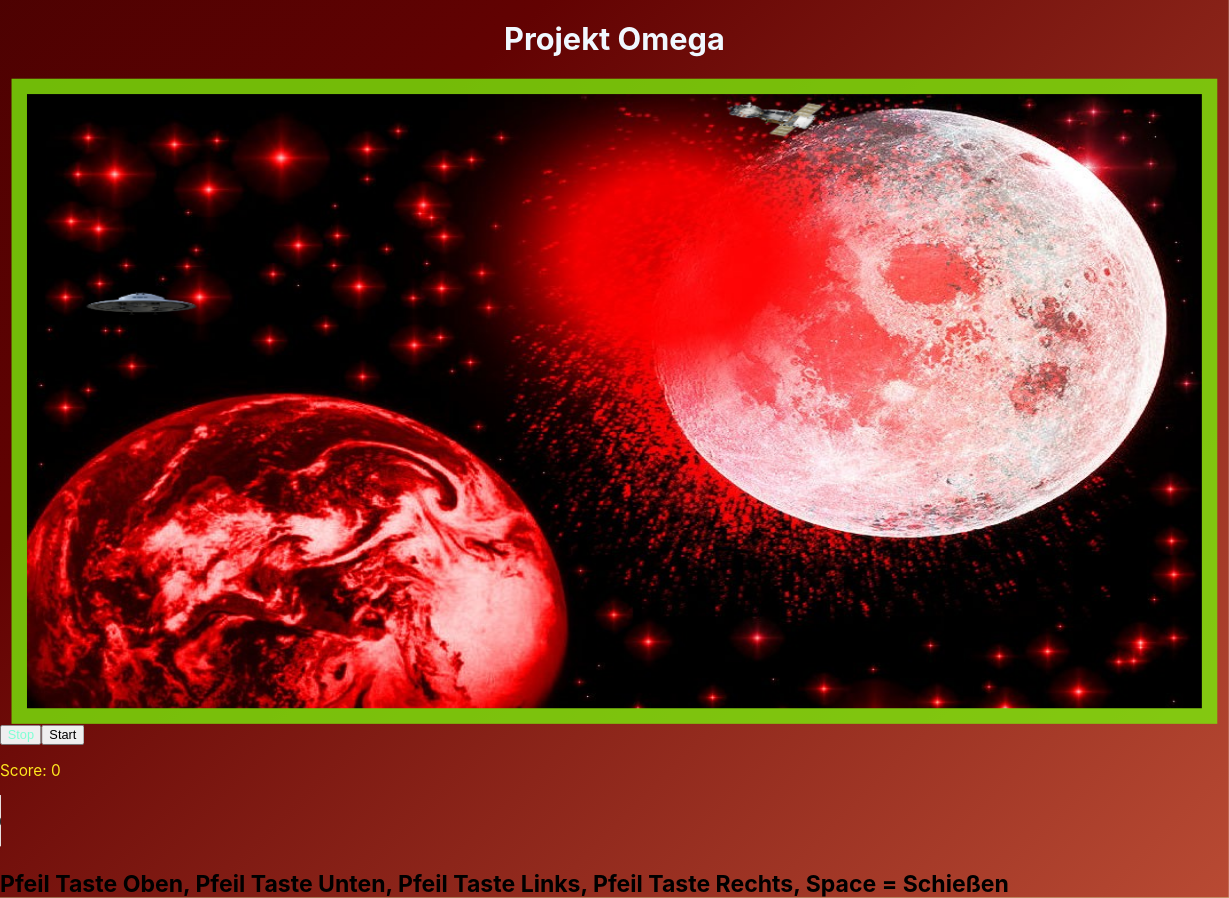
Repository: Der-Metatron/Projekt-Omega-Sprotte
Page: /, after clicking the first element matching `button.startbutton`
The author's editor kept a copy of each file at every save. The page is drawn from the files as they stood at one save, then again after the next save.
The browser window is 1280 px wide. The pictures show the whole page, at 96% of full size.
The project was rebuilt for these pictures with package versions that can differ from the ones it lists, and the page was loaded fresh each time.

Above is the page before, as saved 2022-06-23 19:42:54.

### public/index.html
<!DOCTYPE html>
<html lang="de">
  <head>
    <meta charset="UTF-8" />
    <meta name="Metatron" content="width=device-width, initial-scale=1.0" />
    <link rel="stylesheet" href="style.css" />

    <title>Projekt-Omega></title>
  </head>

  <body>
    <!-- <body onload="startGame()"> -->
    <div id="root"></div>
    <!-- TEST -->
    <div id="canvasbackground"></div>
  </body>
</html>

### src/App.js
/* Hier werden die Einzelnen Seiten Hinzugefügt */
import "./App.css";
import { useState } from "react";
import { GameCanvas } from "./components/GameCanvas";
import { Welcome } from "./components/Welcome";
import { Footer } from "./components/Footer";

function App() {
  const [currentPage, setCurrentPage] = useState(0);
  return (
    <div className="App">
      {currentPage === 0 ? (
        <>
          <Welcome
            onContinue={() => {
              setCurrentPage(1);
            }}
          />
        </>
      ) : (
        <>
          <h1>Projekt Omega</h1>
          <GameCanvas />
          <Footer />
        </>
      )}
    </div>
  );
}

export default App;

### src/App.css
html,
body {
  width: 100%;
  height: 100%;
}

h1 {
  text-align: center;
  color: aliceblue;
}

body {
  background: linear-gradient(-45deg, #ee7752, #620202, #000000, #265046);
  background-size: 400% 400%;
  animation: gradient 15s ease infinite;
}

@keyframes gradient {
  0% {
    background-position: 0% 50%;
  }
  50% {
    background-position: 100% 50%;
  }
  100% {
    background-position: 0% 50%;
  }
}

### src/components/GameCanvas.jsx
import React, { useRef, useEffect, useState } from "react";
import { GameControl } from "../services/game-control";
import ReactAudioPlayer from "react-audio-player";

import "./GameCanvas.css";

export const GameCanvas = () => {
  const [score, setScore] = useState(0);
  // eslint-disable-next-line no-unused-vars
  const [message, setMessage] = useState("");
  const canvasRef = useRef(null);
  const gameControl = useRef(null);

  useEffect(() => {
    const canvas = canvasRef.current;
    const context = canvas.getContext("2d");
    gameControl.current = GameControl(context);
    gameControl.current.addEventListener((event, payload) => {
      switch (event) {
        case "score_changed":
          setScore(payload.score);
          break;
        case "game_over":
          setMessage("Game Over!");
          break;
        default:
          break;
      }
    });
    gameControl.current.startGame();
  }, []);

  return (
    <>
      {/* -----------------Größe desCanvas-------------------------------------- */}
      <canvas
        ref={canvasRef}
        className="game-canvas"
        width="1024"
        height="640"
      />
      {/* --------------Button Stop------------------------------------------- */}
      <button
        className="stopbutton"
        onClick={() => {
          gameControl.current.endGame();
        }}
      >
        Stop
      </button>
      {/* ----------------Button Stsrt------------------------------------ */}
      <button
        className="weiterbutton"
        onClick={() => {
          gameControl.current.startGame();
        }}
      >
        Start
      </button>
      <p className="punkte">Score: {score}</p> {/* Angezeigter Punktezähler */}
      {/* Muss noch eine Routine Geschrieben werden. */}
      {/* <p>{message}</p>  */}{" "}
      {/* -------------------------------AUDIO----------------------------------------------- */}
      <ReactAudioPlayer
        className="player"
        src="/audio/Musik/titel 1.mp3"
        autoPlay
        controls
        loop
        volume={0.5}
      />
    </>
  );
};

### src/components/Welcome.jsx
import React from "react";
import "./Welcome.css";
import ReactAudioPlayer from "react-audio-player";

function randomPosition() {
  let y = window.innerWidth;
  let x = window.innerHeight;
  let randomX = Math.floor(Math.random() * x);
  let randomY = Math.floor(Math.random() * y);
  return [randomX, randomY];
}

export const Welcome = ({ onContinue }) => {
  const starDivs = [];
  for (let i = 0; i < 400; i++) {
    let xy = randomPosition();
    starDivs.push(
      <div
        key={i}
        className="stars"
        style={{
          top: xy[0],
          left: xy[1],
        }}
      ></div>
    );
  }
  /* ----------------------------------------------------------------------------- */
  console.log(starDivs);
  /* ------------------------------------------------------------------------------ */
  return (
    <div className="welcome-container">
      {starDivs}

      {/* <!-- Erste Inro laufschrift --> */}

      <section className="intro">
        In einer Zeit bei DCI mit einer kleinen aufstrebenden Programmier
        Gruppe...................
      </section>
      <section className="logo">
        <img src="img/Unbenannt.png" alt="Projekt-Omega Geschichte" />
      </section>
      <div id="scroller">
        <div id="content">
          <p id="title">Episode DCI Abschlussprojekt</p>
          <br></br>
          <p id="subtitle">Projekt-Omega</p>
          <br />
          <p>
            Du bist alleine mit deinen Raumschiff Omega und kämpfst in einer
            Dystopischen Welt voller feindlichen Gegnern ums überleben.Während
            des 21.Jahrhundert befinden sich in der Umlaufbahn des Planeten Erde
            durch Umweltverschmutzung,zügelloser verbrauch der Ressourcen und
            Machthungriger Politiker Unmengen an Weltraum Schrott, Satelliten
            und Gruppen verschiedener Fraktionen die versuchen dir das Licht
            auszuknipsen dazu kommen nach und nach eine Invasion von Feindlichen
            Flug Objekten dazu und machen dir das Leben zur Hölle. Messe dich
            mit anderen Spielern um die Höchste Punktzahl,verewige dich in der
            Highscore und werde der Ultimative Retter des Universums.
          </p>
          <p>
            Idee: Der Metatron. Programming: Der Metatron, Serdar, Dennis. Musik
            & Sound: Der Metatron. Grafik: Emergancy-Romm Tattoo, Pixbay, Der
            Metatron. Backend: Serdar. Canvas build React: Ralf.
          </p>
          <p>Erstellt mit: Canvas, Html, Reackt, MongoDb, Express, Css.</p>
          <p>
            Danke an alle die uns bei diesen Projekt unterstützt haben und uns
            die gelegenheit gegeben haben unser Ideen zu verwirklichen.Special
            Thanks to Ralf & Chriatian. Und jetzt viel Spaß beim Zocken!!!
          </p>
          <h2>
            Pfeil Taste Oben, Pfeil Taste Unten, Pfeil Taste Links, Pfeil Taste
            Rechts, Space = Schießen
          </h2>
        </div>
      </div>

      <footer>
        {/* ---------------------AUDIO-------------------------------------------- */}
        <ReactAudioPlayer
          src="/audio/Musik/Projekt Omega cut.mp3"
          autoPlay
          controls
          volume={0.5}
        />
        {/* ----------------------------------------------------------------------- */}
        <button
          className="startbutton"
          onClick={() => {
            onContinue();
          }}
        >
          Start Game!
        </button>
      </footer>
    </div>
  );
};

### src/components/Footer.jsx
import React from "react";

export const Footer = () => {
  return (
    <div>
      <h2>
        Pfeil Taste Oben, Pfeil Taste Unten, Pfeil Taste Links, Pfeil Taste
        Rechts, Space = Schießen
      </h2>
    </div>
  );
};

### src/services/game-control.js
const KeysToWatch = [
  "Space",
  "ArrowUp",
  "ArrowDown",
  "ArrowLeft",
  "ArrowRight",
];
const KeyStates = {};
document.addEventListener("keydown", (e) => {
  if (KeysToWatch.includes(e.code)) {
    e.preventDefault();
    KeyStates[e.code] = true;
  }
});
document.addEventListener("keyup", (e) => {
  if (KeysToWatch.includes(e.code)) {
    e.preventDefault();
    KeyStates[e.code] = false;
  }
});

export const GameControl = (context) => {
  const ctx = context;
  let eventListeners = [];
  let gameStarted = false;
  let score = 0;
  const intervals = {
    update: null,
    createUfos: null,
    checkForCollision: null,
    checkForShoot: null,
  };
  let backgroundImage = new Image();
  let rocket = {
    x: 50,
    y: 200,
    width: 100,
    height: 50,
    src: "img/ufo1.png",
  };
  let ufos = [];
  let shots = [];

  const loadImages = () => {
    backgroundImage.src = "img/- WALLPAPER - (276).jpg";
    rocket.img = new Image();
    rocket.img.src = rocket.src;
  };

  const draw = () => {
    ctx.drawImage(backgroundImage, 0, 0);
    ctx.drawImage(rocket.img, rocket.x, rocket.y, rocket.width, rocket.height);

    ufos.forEach(function (ufo) {
      ctx.drawImage(ufo.img, ufo.x, ufo.y, ufo.width, ufo.height);
    });

    shots.forEach(function (shot) {
      ctx.drawImage(shot.img, shot.x, shot.y, shot.width, shot.height);
    });

    if (gameStarted) {
      requestAnimationFrame(draw);
    }
  };

  const update = () => {
    if (KeyStates.ArrowUp) {
      rocket.y -= 6;
    }
    if (KeyStates.ArrowDown) {
      rocket.y += 6;
    }
    if (KeyStates.ArrowLeft) {
      rocket.x -= 6;
    }

    if (KeyStates.ArrowRight) {
      rocket.x += 6;
    }
    ufos.forEach(function (ufo) {
      if (!ufo.hit) {
        ufo.x -= 5;
      }
    });
    shots.forEach(function (shot) {
      shot.x += 15;
    });
  };

  const createUfos = () => {
    let ufo = {
      x: 800,
      y: Math.random() * 500, // Wir platzieren unsere UFOs an einem zufälligen Ort
      width: 100,
      height: 40,
      src: "img/sat.png",

      img: new Image(),
    };
    ufo.img.src = ufo.src; // Ufo-Bild wird geladen.
    ufos.push(ufo);
  };
  const checkForCollision = () => {
    ufos.forEach(function (ufo) {
      // Kontrollieren, ob UFO mit Rakete kollidiert
      if (
        rocket.x + rocket.width > ufo.x &&
        rocket.y + rocket.height > ufo.y &&
        rocket.x < ufo.x &&
        rocket.y < ufo.y + ufo.height
      ) {
        rocket.img.src = "img/boom3.png";
        console.log("Collion!!!");
        ufos = ufos.filter((u) => u !== ufo);
        gameOver();
      }

      shots.forEach(function (shot) {
        // Kontrollieren, ob Laser mit Rakete kollidiert
        if (
          shot.x + shot.width > ufo.x &&
          shot.y + shot.height > ufo.y &&
          shot.x < ufo.x &&
          shot.y < ufo.y + ufo.height
        ) {
          ufo.hit = true;
          ufo.img.src = "img/boom3.png";
          console.log("Collision!!!");
          increaseScore(10);
          setTimeout(() => {
            ufos = ufos.filter((u) => u !== ufo);
          }, 2000);
        }
      });
    });
  };
  const checkForShoot = () => {
    if (KeyStates.Space) {
      let shot = {
        x: rocket.x + 110,
        y: rocket.y + 22,
        width: 20,
        height: 4,
        src: "img/shot.png",
        img: new Image(),
      };
      shot.img.src = shot.src; // Laser-Bild wird geladen.
      shots.push(shot);
    }
  };

  const gameOver = () => {
    clearIntervals();
    gameStarted = false;
    fireEvent("game_over");
  };

  const increaseScore = (increment) => {
    score += increment;
    fireEvent("score_changed", { score });
  };

  const resetScore = () => {
    score = 0;
    fireEvent("score_changed", { score });
  };

  const clearIntervals = () => {
    for (let [key, value] of Object.entries(intervals)) {
      if (value !== null) {
        clearInterval(value);
      }
      intervals[key] = null;
    }
  };
  const startIntervals = () => {
    clearIntervals();
    intervals.update = setInterval(update, 1000 / 25);
    intervals.createUfos = setInterval(createUfos, 2000);
    intervals.checkForCollision = setInterval(checkForCollision, 1000 / 25);
    intervals.checkForShoot = setInterval(checkForShoot, 1000 / 10);
  };

  const fireEvent = (event, payload) => {
    for (let listener of eventListeners) {
      listener(event, payload);
    }
  };

  const initGame = () => {
    rocket.x = 50;
    rocket.y = 200;
    ufos = [];
    shots = [];
    loadImages();
    clearIntervals();
    resetScore();
  };

  return {
    addEventListener: (listener) => {
      console.log("addEventListener", listener);
      eventListeners.push(listener);
    },
    startGame: () => {
      initGame();
      startIntervals();
      gameStarted = true;
      draw();
    },
    pauseGame: () => {
      clearIntervals();
      gameStarted = false;
    },
    continueGame: () => {
      startIntervals();
      gameStarted = true;
      draw();
    },
    endGame: () => {
      clearIntervals();
      gameStarted = false;
    },
  };
};

### src/components/GameCanvas.css
canvas {
  background-color: rgba(122, 234, 10, 0.8);
  padding-left: 0;
  padding-right: 0;
  margin-left: auto;
  margin-right: auto;
  display: block;
  width: 1224px;
  height: 640px;
  padding: 1rem;
}

.stopbutton {
  flex: auto;
  text-align: center;
  color: aquamarine;
}

### src/components/Welcome.css
@import url("https://fonts.googleapis.com/css2?family=Open+Sans&display=swap");

.stars {
  position: absolute;
  width: 1px;
  height: 1px;
  background-color: #fff;
  z-index: 3;
}

.intro {
  position: absolute;
  top: 50%;
  left: 50%;
  transform: translate(-50%, -50%);
  z-index: 2;
  color: rgb(75, 213, 238);
  font-family: "Open Sans", sans-serif;
  font-weight: 500;
  font-size: 3.25rem;
  width: 80%;
  opacity: 0;
  animation: intro 6s ease-out 0.5s;
}

@keyframes intro {
  0% {
    opacity: 0;
  }
  20% {
    opacity: 1;
  }
  90% {
    opacity: 1;
  }
  100% {
    opacity: 0;
  }
}

.logo {
  position: absolute;
  top: 50%;
  left: 50%;
  transform: translate(-50%, -50%);
  z-index: 2;
  width: 100%;
  opacity: 0;
  animation: logo 10s ease-out 9s;
}

.logo img {
  width: inherit;
}

@keyframes logo {
  0% {
    opacity: 1;
    transform: translate(-50%, -50%) scale(2);
  }
  70% {
    opacity: 1;
  }
  100% {
    opacity: 0;
    transform: translate(-50%, -50%) scale(0.1);
  }
}

p {
  color: #ffe81f;
}

#scroller {
  font-family: sans-serif;
  font-weight: bold;
  font-size: 350%;
  text-align: justify;
  overflow: hidden;
  height: 50em;
  width: 20em;
  position: absolute;
  bottom: 0;
  left: 50%;
  margin-left: -10em;
  z-index: 0;
  transform: perspective(350px) rotateX(25deg);
  transform-origin: 50% 100%;
}

#scroller::after {
  position: absolute;
  content: "";
  bottom: 60%;
  left: 0;
  right: 0;
  top: 0;
}

#content {
  position: absolute;
  top: 100%;
  animation: scoller 100s linear 16s;
}

@keyframes scoller {
  0% {
    top: 100%;
  }
  100% {
    top: -200%;
  }
}

#title,
#subtitle {
  text-align: center;
  line-height: 1.5rem;
}

#subtitle {
  text-transform: uppercase;
  font-size: 3.5rem;
}

footer {
  position: absolute;
  z-index: 10;
}
/*  */
.startbutton {
  display: inline-block;
  margin: 20px;
  text-decoration: none;
  font-family: Arial;
  font-size: 20px;
  border: 1px solid #56ae00;
  border-radius: 25px 5px 5px 25px;
  background-color: #aae472;
  color: #3c5721;
  padding: 5px 10px 5px 25px;
}
.startbutton:hover {
  padding: 5px 25px 5px 10px;
  border-radius: 5px 25px 25px 5px;
}

Loaded but not shown: src/index.js (common file); src/index.css (common file); src/reportWebVitals.js (common file); public/style.css (empty)

After the next save:
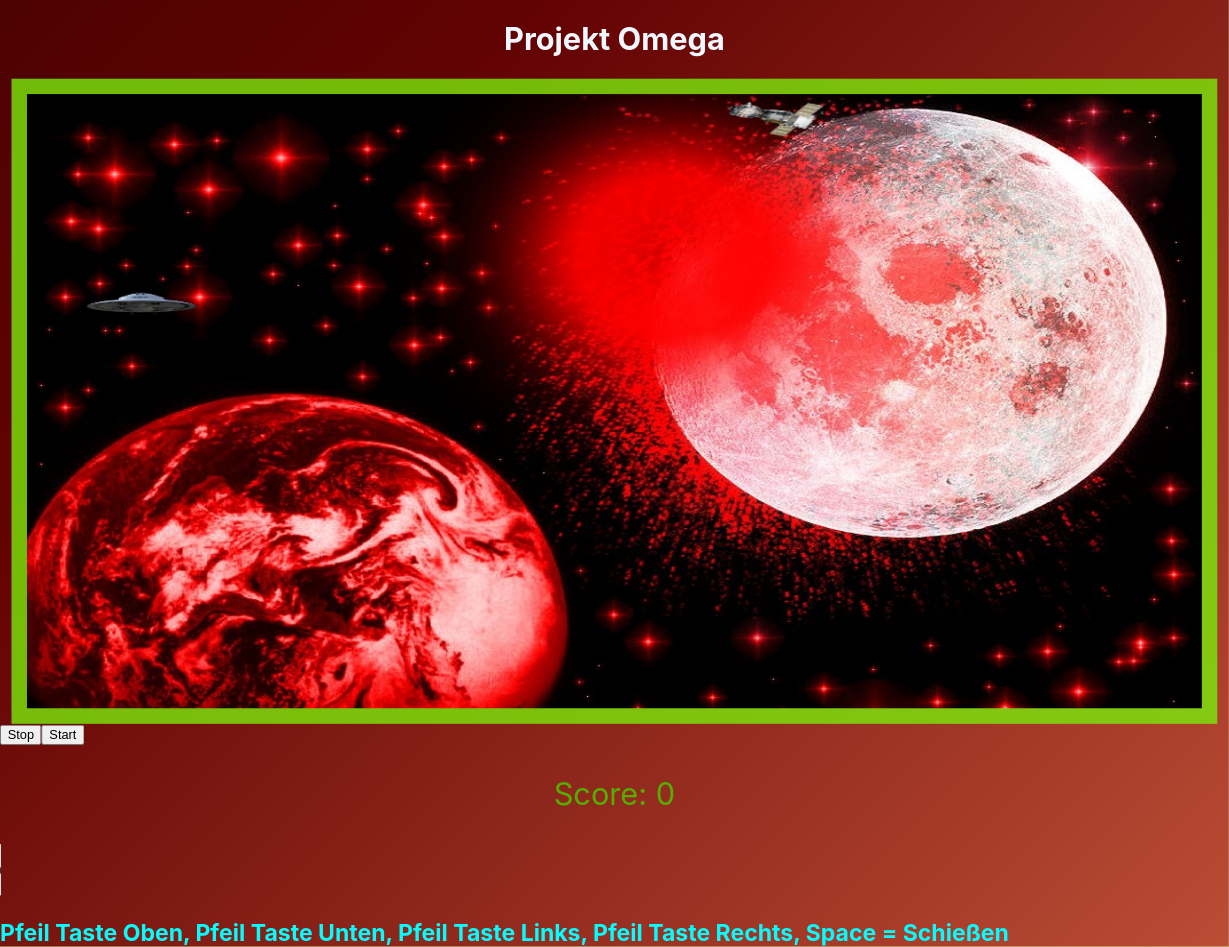
Saved 13 s later.
--- a/src/components/GameCanvas.css
+++ b/src/components/GameCanvas.css
@@ -10,8 +10,15 @@
   padding: 1rem;
 }
 
+.punkte {
+  color: #56ae00;
+  font-size: 2rem;
+
+  text-align: center;
+}
+h2 {
+  color: aqua;
+}
+
 .stopbutton {
-  flex: auto;
-  text-align: center;
-  color: aquamarine;
 }
